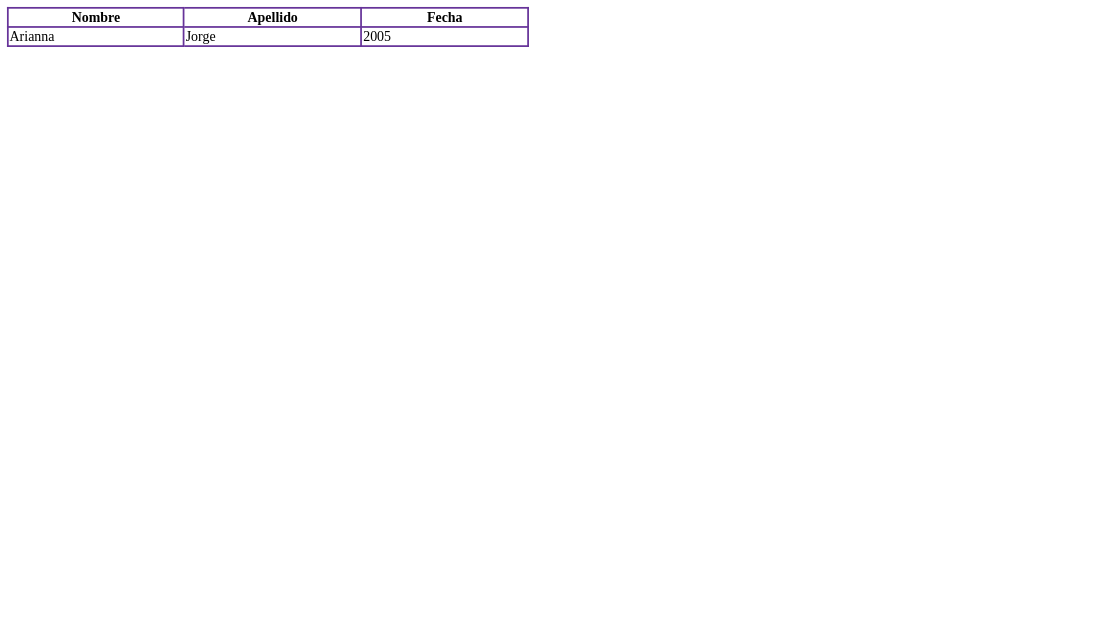
Repository: Arito05/Mi-primer-Repositorio
Page: dia2/intex3.html
An editor plug-in stored every save of this project. The page is shown before and after the next save, followed by the edit.
The browser window is 1280 px wide. The pictures show the whole page, at 87% of full size.

Above is the page before, as saved 2024-07-18 11:23:27.

### dia2/intex3.html
<!DOCTYPE html>
<html lang="en">
  <head>
    <meta charset="UTF-8" />
    <meta name="viewport" content="width=, initial-scale=1.0" />
    <title>Document</title>
    <style>
      table,
      th,
      td {
        border: 2px solid rebeccapurple;
        border-collapse: collapse;
        width: 600px;
      }
      .table {
      }
    </style>
  </head>
  <body>
    <table>
      <tr>
        <th>Nombre</th>
        <th>Apellido</th>
        <th>Fecha</th>
      </tr>
      <tr>
        <td>Arianna</td>
        <td>Jorge</td>
        <td>2005</td>
      </tr>
    </table>
  </body>
</html>

After the next save:
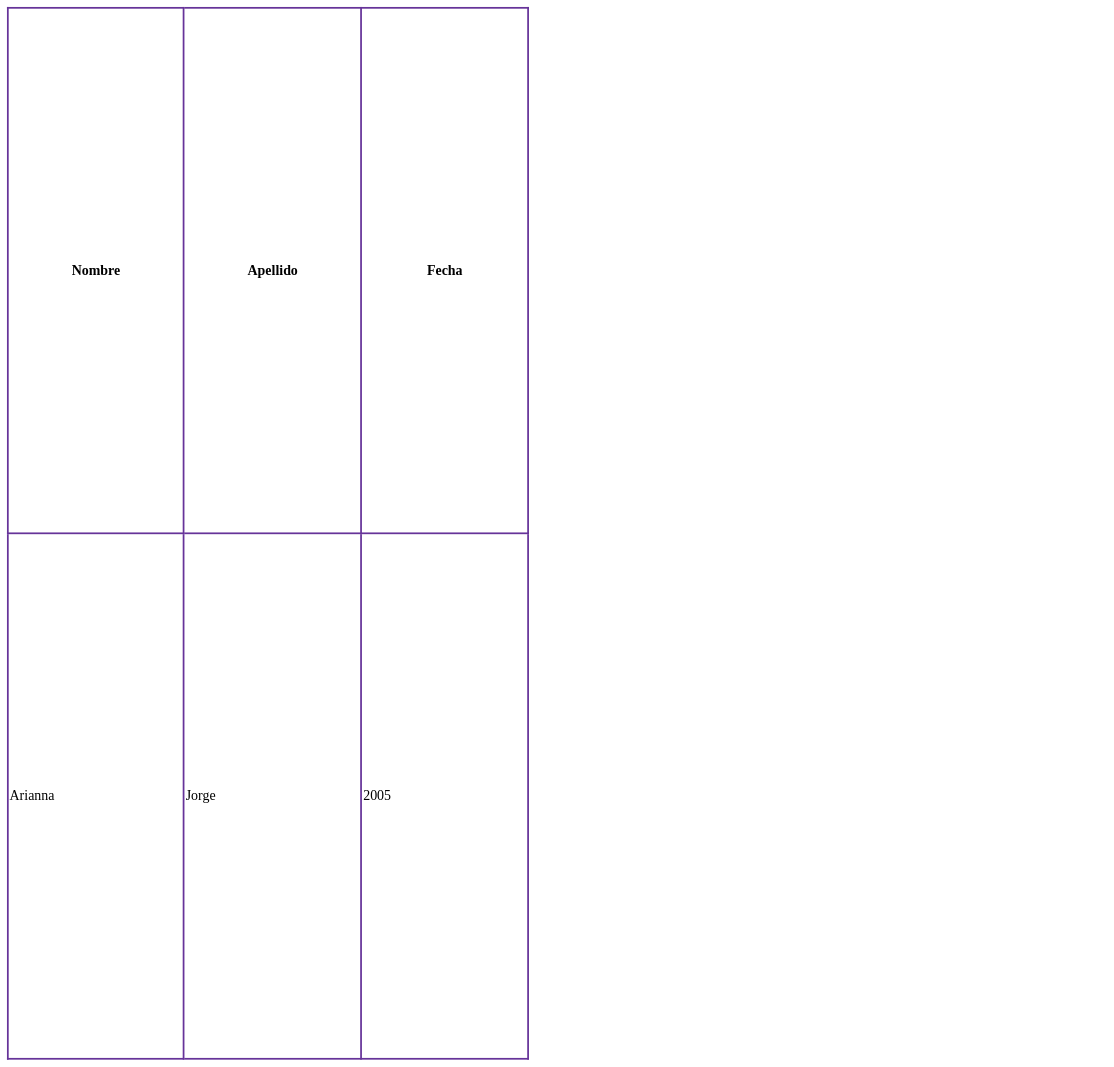
Saved 44 s later.
--- a/dia2/intex3.html
+++ b/dia2/intex3.html
@@ -11,8 +11,7 @@
         border: 2px solid rebeccapurple;
         border-collapse: collapse;
         width: 600px;
-      }
-      .table {
+        height: 600px;
       }
     </style>
   </head>
